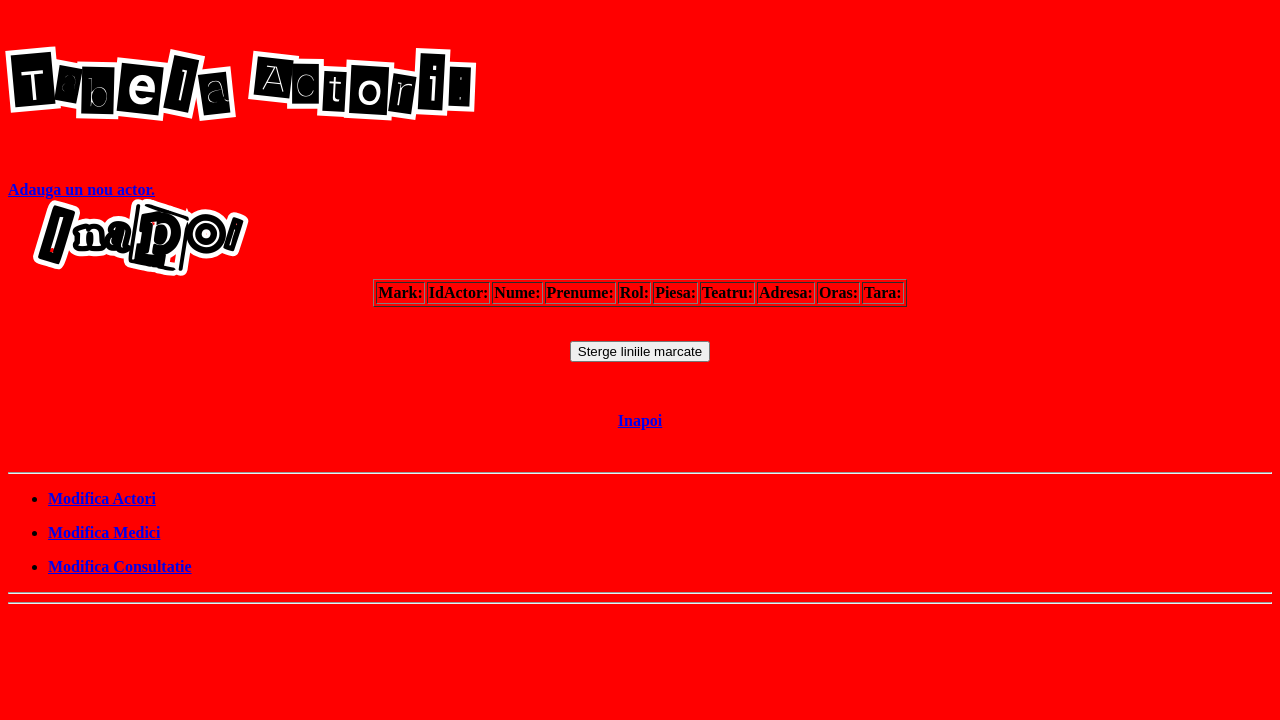
Repository: SusStefan/ActorDB
Page: http://localhost/Actori/tabela_actori.jsp
The author's editor kept a copy of each file at every save. The page is drawn from the files as they stood at one save, then again after the next save.
The browser window is 1280 px wide. The pictures show the whole page.
The page is served by Tomcat 9. Queries for data that is not in the repository find no rows.

Above is the page before, as saved 2025-12-12 23:19:51.
Console error: TypeError: Cannot set properties of null (setting 'innerHTML')

After the next save:
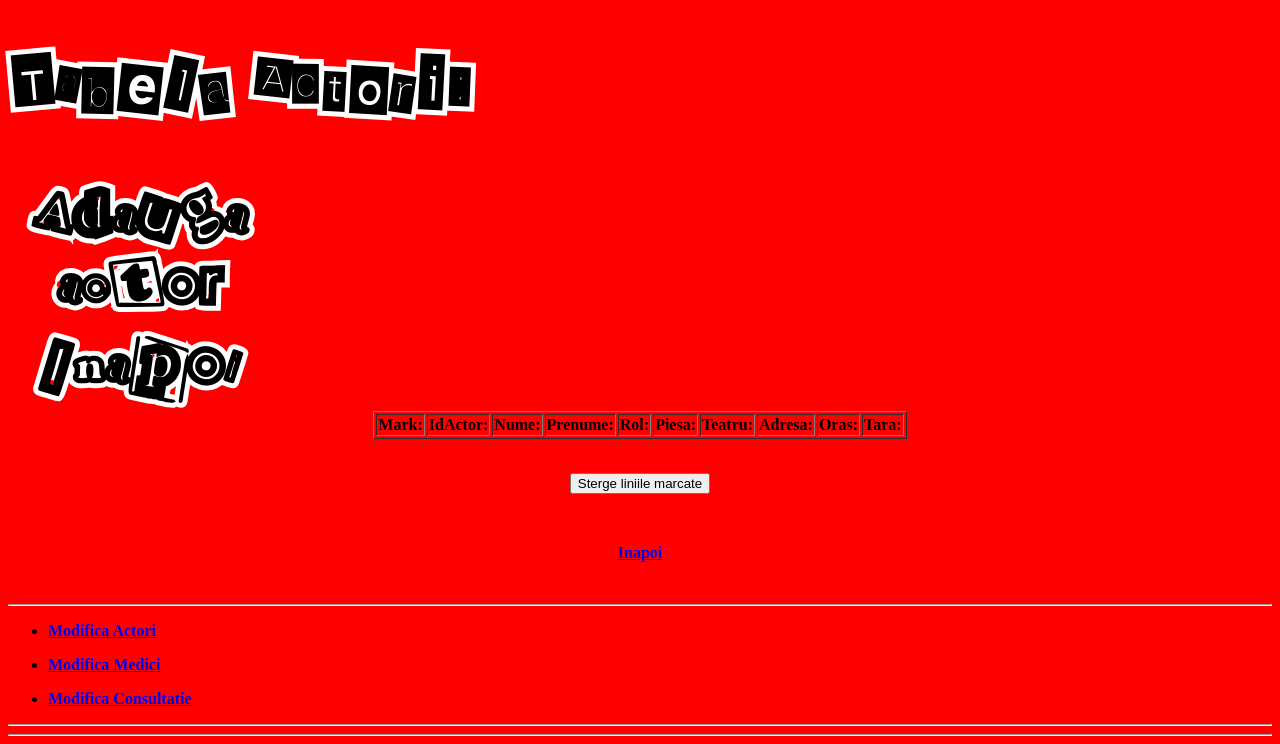
Saved 12 s later.
--- a/Actori/src/main/webapp/tabela_actori.jsp
+++ b/Actori/src/main/webapp/tabela_actori.jsp
@@ -11,7 +11,9 @@
  <body>
  <h1 align="center" id="titlu"> Tabela Actori:</h1>
  <br/>
-<a href="adauga_actor.jsp"><b>Adauga un nou actor.</b></a>
+<a href="adauga_actor.jsp">
+<div class="cssbutton "id="Butactori"><b class="sway-text"><strong>Adauga actor</strong></b></div>
+</a>
  <a href="index.html">
 <div class="cssbutton "id="Butactori"><b class="sway-text"><strong>Inapoi</strong></b></div>
 </a>
